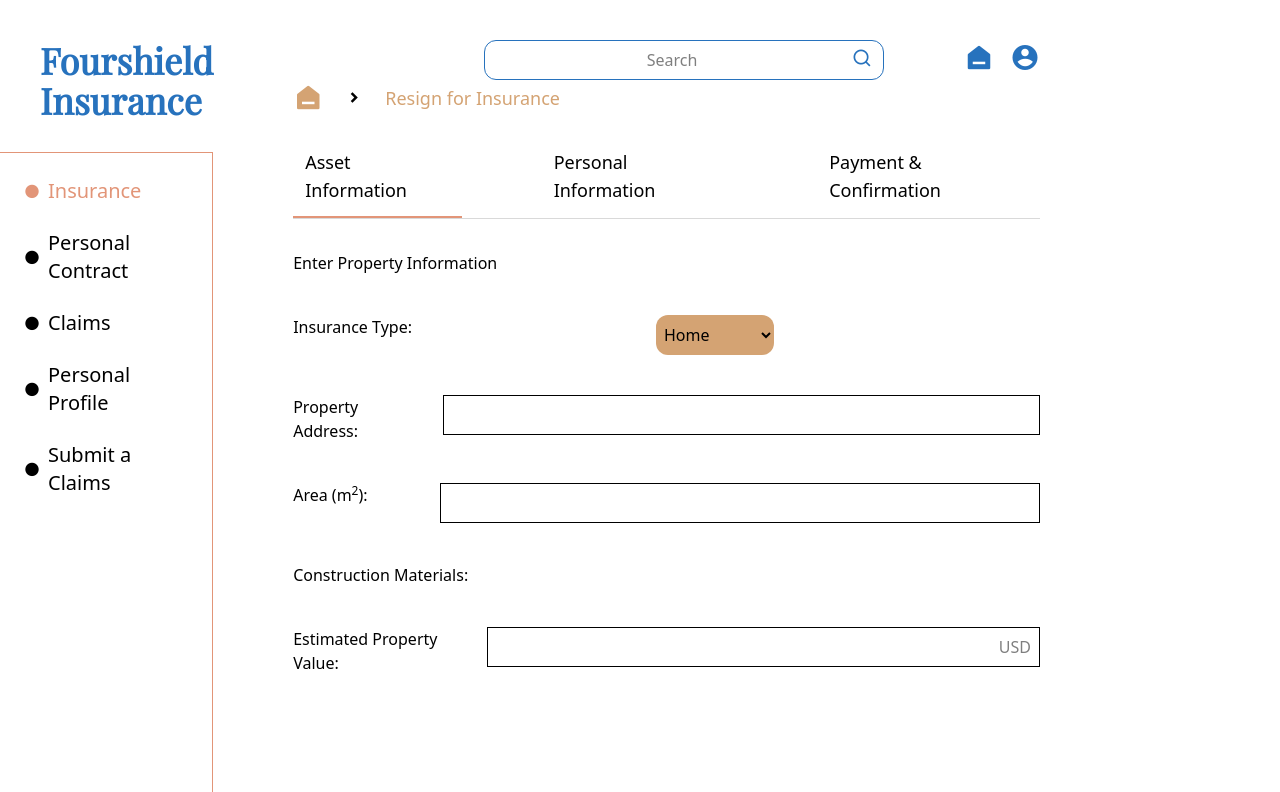
Repository: MockProject9920/MockProject_022025_Nhom4
Page: / (app in frontend/)
The author's editor kept a copy of each file at every save. The page is drawn from the files as they stood at one save, then again after the next save.
The browser window is 1280 px wide. The pictures show the whole page.
The project was rebuilt for these pictures with package versions that can differ from the ones it lists, and the page was loaded fresh each time. Also part of the build but not shown: frontend/vite.config.js, frontend/src/pages/Login.jsx.

Above is the page before, as saved 2025-03-05 16:38:24.

### frontend/index.html
<!DOCTYPE html>

<html lang="en">
  <head>
    <meta charset="UTF-8" />
    <link rel="icon" type="image/svg+xml" href="/vite.svg" />
    <meta name="viewport" content="width=device-width, initial-scale=1.0" />
    <title>Vite + React</title>
  </head>
  <body>
    <div id="root"></div>
    <script type="module" src="/src/main.jsx"></script>
  </body>
</html>

### frontend/src/index.css
@import "tailwindcss";
@import "remixicon/fonts/remixicon.css";
/*  font-family: system-ui, Avenir, Helvetica, Arial, sans-serif;
  line-height: 1.5;
  font-weight: 400;

  color-scheme: light dark;
  color: rgba(255, 255, 255, 0.87);
  background-color: #242424;

  font-synthesis: none;
  text-rendering: optimizeLegibility;
  -webkit-font-smoothing: antialiased;
  -moz-osx-font-smoothing: grayscale;
}

a {
  font-weight: 500;
  color: #646cff;
  text-decoration: inherit;
}
a:hover {
  color: #535bf2;
}

body {
  margin: 0;
  display: flex;
  place-items: center;
  min-width: 320px;
  min-height: 100vh;
}

h1 {
  font-size: 3.2em;
  line-height: 1.1;
}

button {
  border-radius: 8px;
  border: 1px solid transparent;
  padding: 0.6em 1.2em;
  font-size: 1em;
  font-weight: 500;
  font-family: inherit;
  background-color: #1a1a1a;
  cursor: pointer;
  transition: border-color 0.25s;
}
button:hover {
  border-color: #646cff;
}
button:focus,
button:focus-visible {
  outline: 4px auto -webkit-focus-ring-color;
}

@media (prefers-color-scheme: light) {
  :root {
    color: #213547;
    background-color: #ffffff;
  }
  a:hover {
    color: #747bff;
  }
  button {
    background-color: #f9f9f9;
  }
} */

### frontend/src/App.jsx
import AssetInformation from "./pages/AssetInformation";
import Login from "./pages/Login";

function App() {
  return (
    <>
      <AssetInformation />
    </>
  );
}

export default App;

### frontend/src/pages/AssetInformation.jsx
import React from "react";
import "@fontsource/playfair-display";

function AssetInformation() {
  return (
    <div className="flex space-x-0 py-10 h-screen w-screen">
      <div className="w-[280px] space-y-8 h-full">
        <p
          className="text-4xl text-[#2772BD] font-bold pl-10"
          style={{ fontFamily: "Playfair Display" }}
        >
          Fourshield Insurance
        </p>
        <div className="space-y-6 h-full p-6  border-t-1 border-r-1 border-t-[#E29578] border-r-[#E29578]">
          <div className="flex space-x-2 items-center">
            <i class="ri-circle-fill text-[#E29578]"></i>
            <p className="text-xl text-[#E29578]">Insurance</p>
          </div>
          <div className="flex space-x-2 items-center">
            <i class="ri-circle-fill"></i>
            <p className="text-xl">Personal Contract</p>
          </div>
          <div className="flex space-x-2 items-center">
            <i class="ri-circle-fill"></i>
            <p className="text-xl">Claims</p>
          </div>
          <div className="flex space-x-2 items-center">
            <i class="ri-circle-fill"></i>
            <p className="text-xl">Personal Profile</p>
          </div>
          <div className="flex space-x-2 items-center">
            <i class="ri-circle-fill"></i>
            <p className="text-xl">Submit a Claims</p>
          </div>
        </div>
      </div>

      <div className=" w-full  mr-60">
        <div className=" flex space-x-20 justify-end ">
          <div className="relative">
            <input
              placeholder="Search"
              className="w-100 h-10 border border-[#2772BD] text-center py-2 pr-10 pl-4 rounded-xl"
            />
            <i className="ri-search-line absolute right-3 top-[18px] transform -translate-y-1/2 text-[#2772BD] text-xl"></i>
          </div>

          <div className="flex space-x-4 text-[#2772BD] text-2xl">
            <i className="ri-home-6-fill text-3xl"></i>
            <i className="ri-account-circle-fill text-3xl"></i>
          </div>
        </div>

        <div
          className="flex space-x-4 w-full ml-20 items-center
        "
        >
          <i className="ri-home-6-fill text-3xl text-[#D4A373]"></i>
          <i class="ri-arrow-drop-right-line text-3xl"></i>
          <p className="text-lg text-[#D4A373]">Resign for Insurance</p>
        </div>

        <div className="flex space-x-20 ml-20 mt-5 justify-center border-b-1 border-b-[#D9D9D9]">
          <p className="text-lg p-3 border-b-2 border-b-[#E29578] z-10">
            Asset Information
          </p>
          <p className="text-lg p-3 ">Personal Information</p>
          <p className="text-lg p-3 ">Payment & Confirmation</p>
        </div>

        <div className="ml-20 mt-8 space-y-10">
          <p className="font-medium">Enter Property Information</p>

          <div className="flex space-x-4">
            <p className="font-medium">Insurance Type:</p>
            <select className="h-10 p-1 ml-57 rounded-xl bg-[#D4A373]">
              <option className="bg-white" value="Home">
                Home
              </option>
              <option className="bg-white" value="Apartment">
                Apartment
              </option>
              <option className="bg-white" value="Commercial">
                Commercial
              </option>
            </select>
          </div>
          <div className="flex space-x-4 w-full justify-between">
            <p className="font-medium">Property Address:</p>
            <input className="border-1 w-150 h-10"></input>
          </div>
          <div className="flex space-x-4 w-full justify-between">
            <p className="font-medium">
              Area (m<sup>2</sup>):
            </p>
            <input className="border-1 w-150 h-10"></input>
          </div>
          <div className="flex space-x-4">
            <p className="font-medium">Construction Materials:</p>
          </div>
          <div className="flex space-x-4 w-full justify-between">
            <p className="font-medium">Estimated Property Value:</p>
            <input
              placeholder="USD"
              className="text-right p-2 border-1 w-150 h-10"
            ></input>
          </div>
        </div>
      </div>
    </div>
  );
}

export default AssetInformation;

Loaded but not shown: frontend/src/main.jsx (common file)

After the next save:
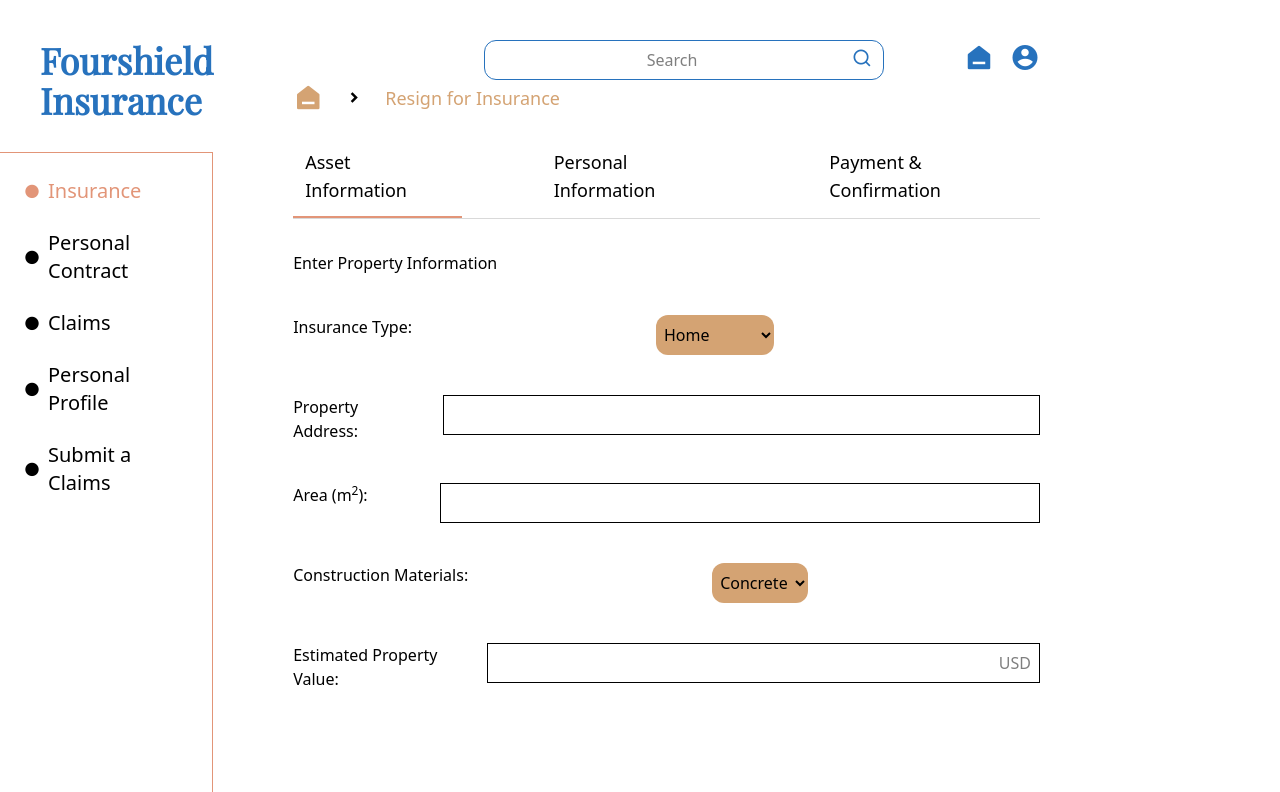
Saved 69 s later.
--- a/frontend/src/pages/AssetInformation.jsx
+++ b/frontend/src/pages/AssetInformation.jsx
@@ -97,6 +97,20 @@ function AssetInformation() {
           </div>
           <div className="flex space-x-4">
             <p className="font-medium">Construction Materials:</p>
+            <select className="h-10 p-1 ml-57 rounded-xl bg-[#D4A373]">
+              <option className="bg-white" value="Concrete">
+                Concrete
+              </option>
+              <option className="bg-white" value="ApaBrickrtment">
+                Brick
+              </option>
+              <option className="bg-white" value="Wood">
+                Wood
+              </option>
+              <option className="bg-white" value="Other">
+                Other
+              </option>
+            </select>
           </div>
           <div className="flex space-x-4 w-full justify-between">
             <p className="font-medium">Estimated Property Value:</p>
